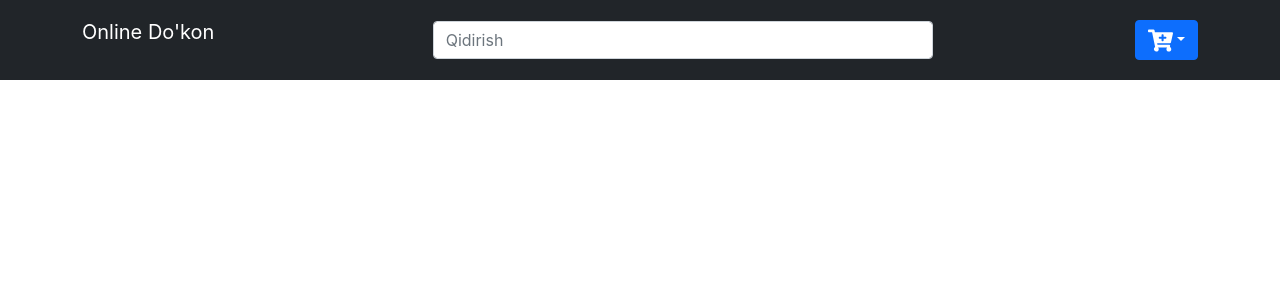
Repository: om1ars/shopping-cart
Page: /
These files come from the project's save history. The page is drawn as it stood at one moment and after a run of saves; the edit follows.
The browser window is 1280 px wide. The pictures show the whole page.
The project was rebuilt for these pictures with package versions that can differ from the ones it lists, and the page was loaded fresh each time.

Above is the page before, as saved 2021-10-06 17:11:32.

### src/index.js
import React from 'react';
import 'bootstrap/dist/css/bootstrap.min.css';
import ReactDOM from 'react-dom';
import './index.css';
import App from './App';
import reportWebVitals from './reportWebVitals';

ReactDOM.render(
  <React.StrictMode>
    <App />
  </React.StrictMode>,
  document.getElementById('root')
);

// If you want to start measuring performance in your app, pass a function
// to log results (for example: reportWebVitals(console.log))
// or send to an analytics endpoint. Learn more: https://bit.ly/CRA-vitals
reportWebVitals();

### src/App.js
import './App.css';
import { Header } from './components/Header';
import { Home } from './components/Home';

function App() {
  return (
    <div className="App">
      <Header />
      <Home />
    </div>
  );
}

export default App;

### src/components/Header.js
// import Dropdown from '@restart/ui/esm/Dropdown'
import React from 'react'
import { Container, Dropdown, FormControl, Nav, Navbar } from 'react-bootstrap'
import { FaCartPlus } from 'react-icons/fa';

export const Header = () => {
    return (
        <Navbar bg='dark' variant='dark' style={{height: 80}}>
            <Container>
                <Navbar.Brand>
                    <p>Online Do'kon</p>
                </Navbar.Brand>
                <Navbar.Text className='search'>
                    <FormControl style={{width: 500}} placeholder= 'Qidirish' className='m-auto' />
                </Navbar.Text>
                <Nav>
                    <Dropdown>
                        <Dropdown.Toggle variant='primary'>
                            <FaCartPlus color='white' fontSize="25px" />
                        </Dropdown.Toggle>
                        <Dropdown.Menu fontSize='200px'>Xarid mavjud emas</Dropdown.Menu>
                    </Dropdown>
                </Nav>
            </Container>
        </Navbar>
    )
}

### src/components/Home.js
import React from 'react'
import { Filter } from './Filter'

export const Home = () => {
    return (
        <div>
            <Filter />
        </div>
    )
}

### src/components/Filter.js
import React from 'react'

export const Filter = () => {
    return (
        <div className='filter'>

        </div>
    )
}

Loaded but not shown: public/index.html (common file); src/index.css (common file); src/reportWebVitals.js (common file); src/App.css (common file)

After the next 9 saves:
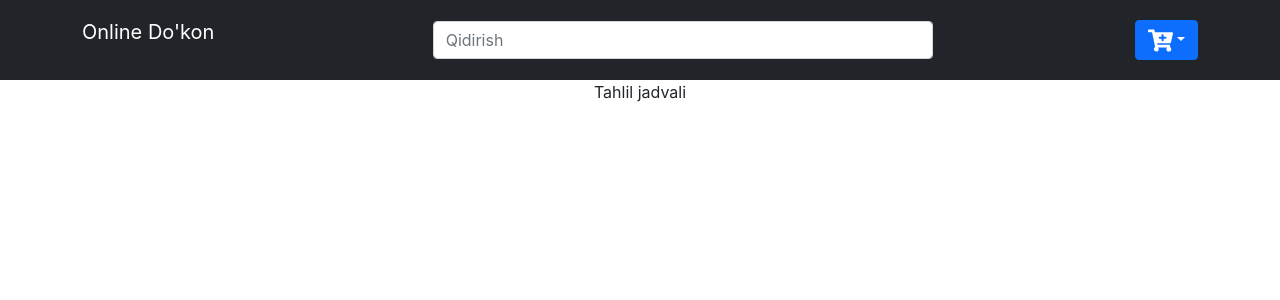
The 9 saves are shown as one change because they came seconds apart.
The last was saved 16 s later.
--- a/src/components/Filter.js
+++ b/src/components/Filter.js
@@ -3,6 +3,7 @@ import React from 'react'
 export const Filter = () => {
     return (
         <div className='filter'>
+            <span className="title">Tahlil jadvali</span>
 
         </div>
     )
